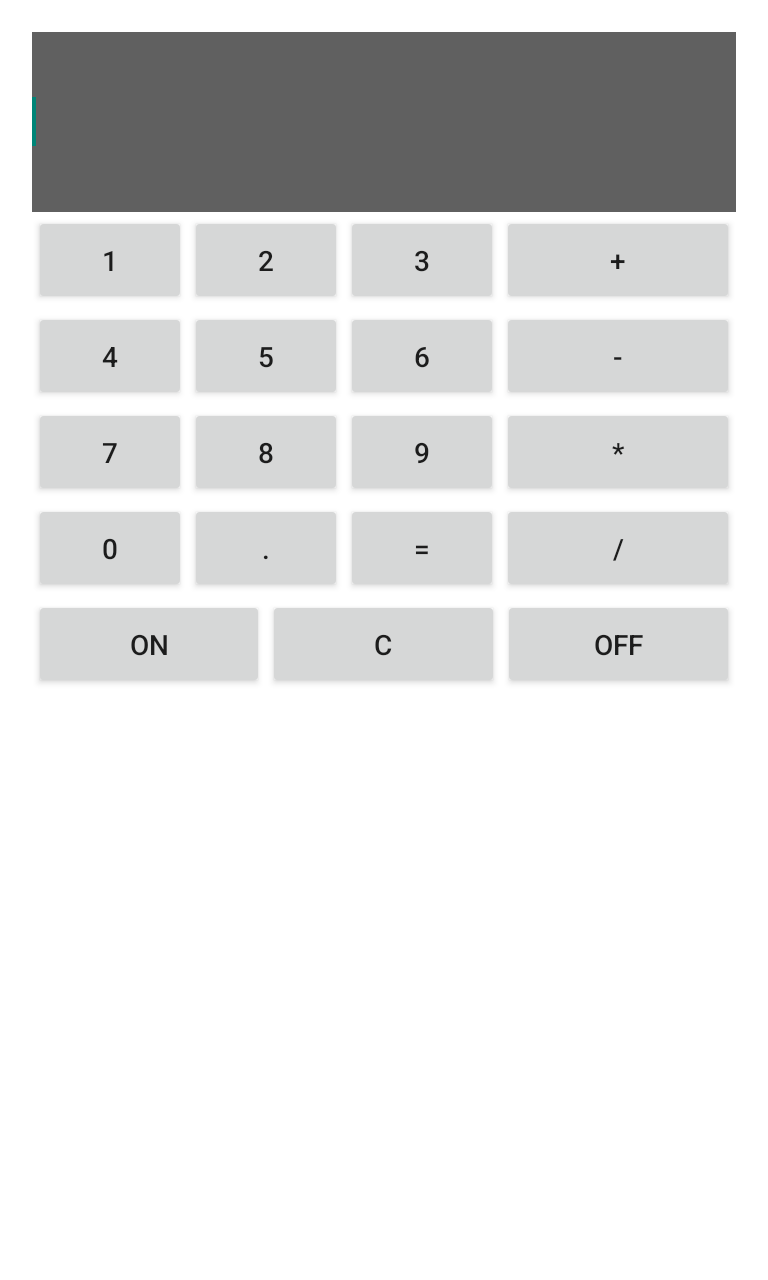
Repository: roopasree/new-pgm
Layout: Newapp/res/layout/ctivity3_main.xml
These files come from the project's save history. The layout is drawn as it stood at one moment and after the next save; the edit follows.
It is drawn on a 768 x 1280 px phone screen (xhdpi) without system bars, with theme AppTheme; the app's code is not run.

Above is the layout before, as saved 2015-02-16 07:00:55.

After the next save:
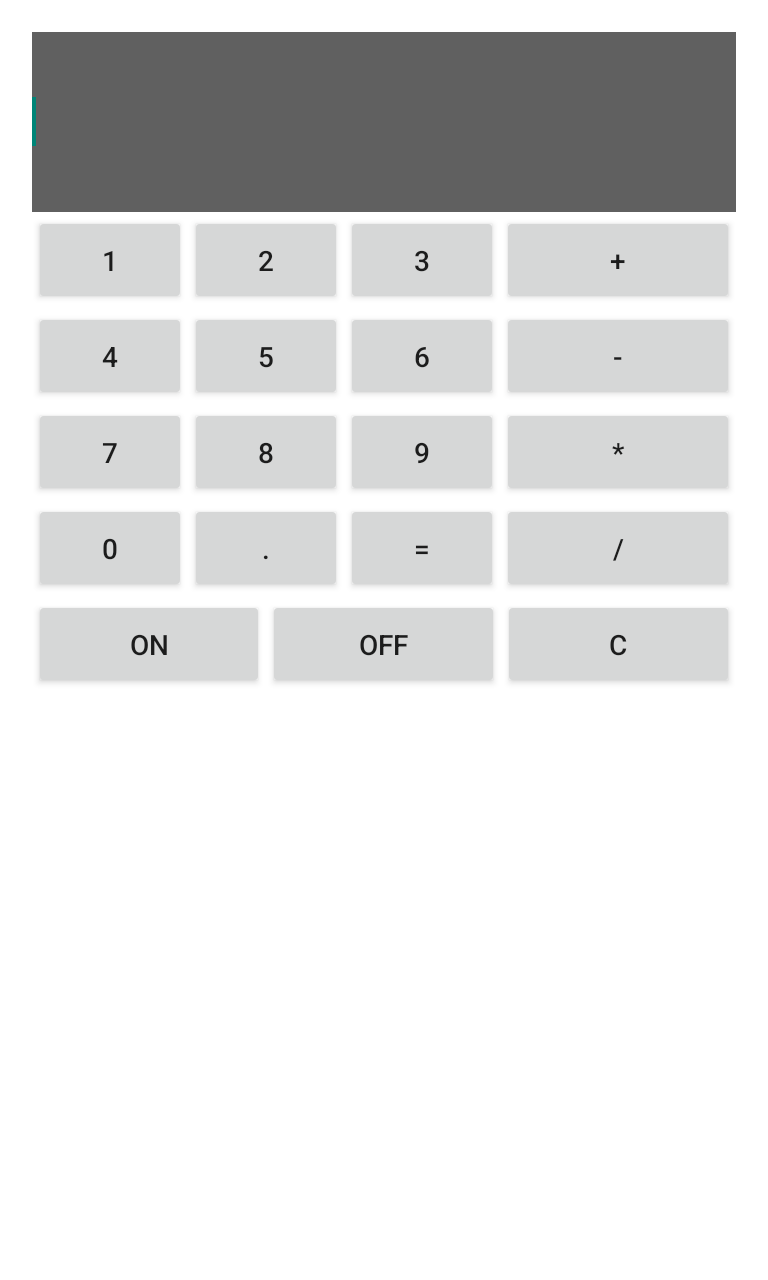
Saved 35 s later.
--- a/Newapp/res/layout/ctivity3_main.xml
+++ b/Newapp/res/layout/ctivity3_main.xml
@@ -194,14 +194,14 @@
             android:layout_width="wrap_content"
             android:layout_height="wrap_content"
             android:layout_weight="1.0"
-            android:text="C" />
+            android:text="OFF" />
 
         <Button
             android:id="@+id/button19"
             android:layout_width="wrap_content"
             android:layout_height="wrap_content"
             android:layout_weight="1.0"
-            android:text="OFF" />
+            android:text="C" />
     </LinearLayout>
 
 </RelativeLayout>
